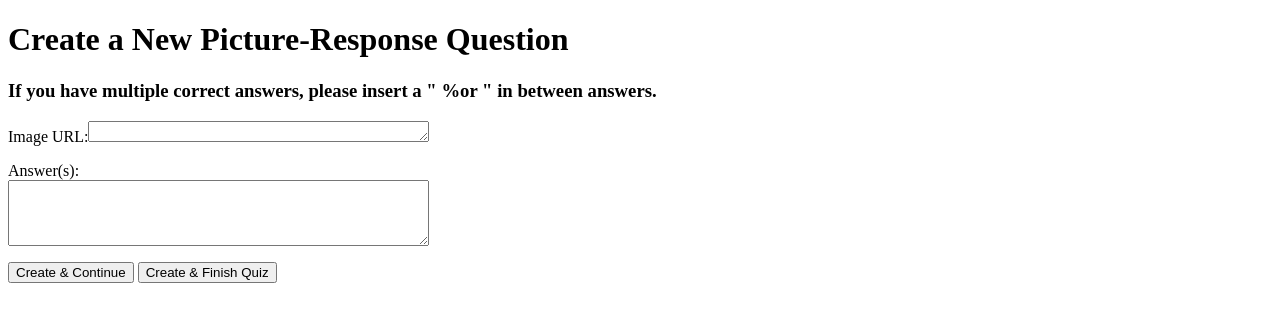
Repository: sarahhtn/CS108_final_project
Page: QuizWebsite/WebContent/CreatePR.html
An editor plug-in stored every save of this project. The page is shown before and after the next save, followed by the edit.
The browser window is 1280 px wide. The pictures show the whole page.

Above is the page before, as saved 2013-11-16 22:21:54.

### QuizWebsite/WebContent/CreatePR.html
<!DOCTYPE html PUBLIC "-//W3C//DTD HTML 4.01 Transitional//EN" "http://www.w3.org/TR/html4/loose.dtd">
<html>
<head>
<meta http-equiv="Content-Type" content="text/html; charset=UTF-8">
<title>New Picture-Response Question</title>
</head>
<body>
<h1>Create a New Picture-Response Question</h1>
<h3>If you have multiple correct answers, please insert a " %or " in between answers.</h3>

<form action="QServlet" method="post">
<p>Image URL:<textarea rows = "1" cols = "40" name="question"></textarea> </p>
<p>Answer(s): <br> <textarea rows = "4" cols = "50" name="answer"></textarea> </p>
<input type="submit" value="Create & Continue"/>
<input type="submit" value="Create & Finish Quiz"/>
</form>

</body>
</html>

After the next save:
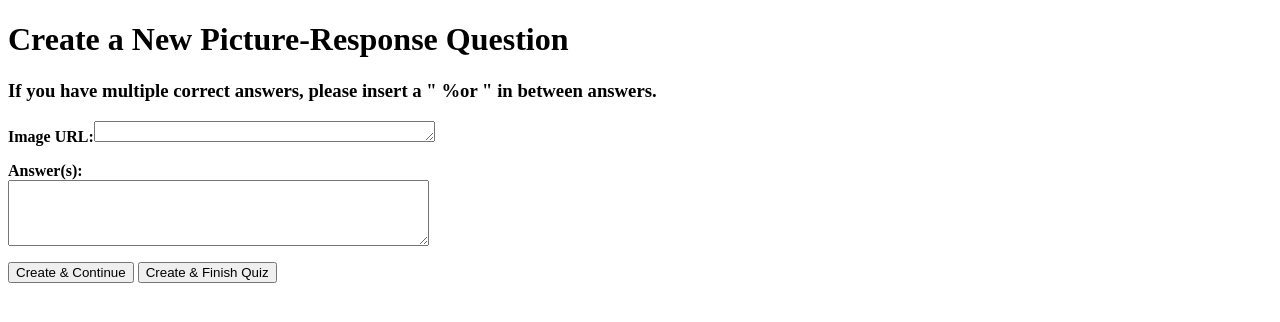
Saved 42 s later.
--- a/QuizWebsite/WebContent/CreatePR.html
+++ b/QuizWebsite/WebContent/CreatePR.html
@@ -9,8 +9,8 @@
 <h3>If you have multiple correct answers, please insert a " %or " in between answers.</h3>
 
 <form action="QServlet" method="post">
-<p>Image URL:<textarea rows = "1" cols = "40" name="question"></textarea> </p>
-<p>Answer(s): <br> <textarea rows = "4" cols = "50" name="answer"></textarea> </p>
+<p><b>Image URL:</b><textarea rows = "1" cols = "40" name="question"></textarea> </p>
+<p><b>Answer(s): </b><br> <textarea rows = "4" cols = "50" name="answer"></textarea> </p>
 <input type="submit" value="Create & Continue"/>
 <input type="submit" value="Create & Finish Quiz"/>
 </form>
